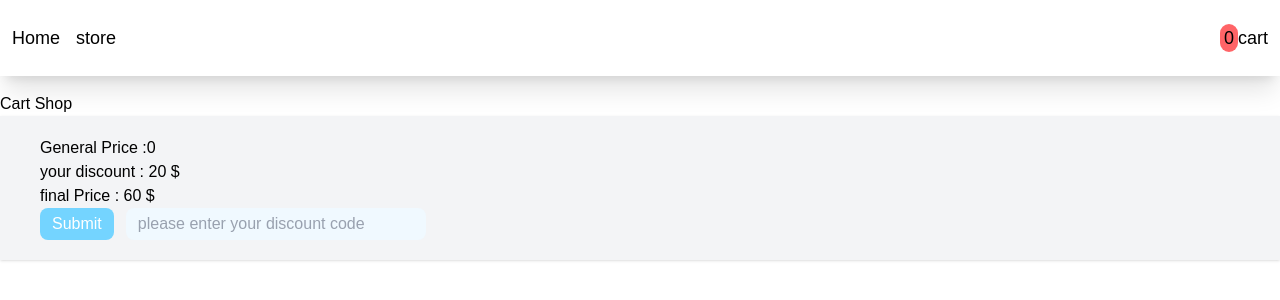
Repository: Rohullah-Noori/Nextjs-online-shop
Page: /cart
These files come from the project's save history. The page is drawn as it stood at one moment and after the next save; the edit follows.
The browser window is 1280 px wide. The pictures show the whole page.
The page's requests for data from a server got no answer. The project was rebuilt for these pictures with package versions that can differ from the ones it lists, and the page was loaded fresh each time. The framework's server and built-in components were replaced by stand-ins that run in the browser. No one was signed in, and anything a server would have sent is missing. Requests to the local data server were answered from the project's data file. Also part of the build but not shown: next.config.ts, src/app/components/AddToCart.tsx, src/app/components/CartItem.tsx.

Above is the page before, as saved 2025-05-13 18:04:54.

### src/app/cart/page.tsx
"use client";

import React, { useEffect, useState } from "react";
import Container from "../components/Container";
import CartItem from "../components/CartItem";
import { useShopingContextCustim } from "../context/page";
import axios from "axios";
import { IProductsProps } from "../components/Products";
import { formatNumber } from "@/utils/number";

export default function Cart() {
  const { cart } = useShopingContextCustim();

  const [data, setData] = useState<IProductsProps[]>([]);
  const [discount, setDiscount] = useState("");

  axios(`http://localhost:3004/discount=${discount} `);

  useEffect(() => {
    axios(`http://localhost:3004/products`).then((res) => {
      const { data } = res;
      setData(data);
    });
  }, []);

  console.log(data);

  return (
    <Container>
      <h1>Cart Shop</h1>
      {cart.map((item) => (
        <CartItem key={item.id} {...item} />
      ))}

      <div className="shadow bg-gray-100 gap-y-3 px-10 py-5 ">
        <p>
          General Price :
          <span>
            {formatNumber(
              cart.reduce((total, item) => {
                const selectedproduct = data.find(
                  (product) => product.id == item.id.toString()
                );
                return total + (selectedproduct?.price ?? 0) * item.qty;
              }, 0)
            )}
          </span>
        </p>
        <p>
          your discount : <span>20 $</span>{" "}
        </p>
        <p>
          final Price : <span>60 $</span>
        </p>
        <div className=" flex justify-start gap-x-3">
          <button className=" px-3 py-1 rounded-lg bg-sky-300 text-white text-md">
            Submit
          </button>
          <input
            type="text"
            value={"please enter your discount code"}
            className="w-[300px] bg-sky-50 rounded-lg px-3 text-gray-400"
            onChange={(e) => setDiscount(e.target.value)}
          />
        </div>
      </div>
    </Container>
  );
}

### src/app/components/Layout.tsx
import React from "react";
import Navbar from "./Navbar";

interface IlayoutProps {
  children: React.ReactNode;
}

export default function Layout({ children }: IlayoutProps) {
  return (
    <div>
      <Navbar />
      {children}
    </div>
  );
}

### src/app/context/page.tsx
"use client";
import React, { createContext, useContext, useState } from "react";

type IshopContextProps = {
  children: React.ReactNode;
};

type cartItems = {
  id: number;
  qty: number;
};

type TshopingContext = {
  cart: cartItems[];
  HandleincreasetoCard: (id: number) => void;
  getProductqty: (id: number) => number;
  totalitemsqty: number;
  handledecreasetoCard: (id: number) => void;
  RemovehandleSubmit: (id: number) => void;
};

const shopingContext = createContext({} as TshopingContext);

export const useShopingContextCustim = () => {
  return useContext(shopingContext);
};

export default function ConextShop({ children }: IshopContextProps) {
  const [cart, setCart] = useState<cartItems[]>([]);

  const getProductqty = (id: number) => {
    return cart.find((item) => item.id == id)?.qty ?? 0;
  };

  const totalitemsqty = cart.reduce((totalgqty, item) => {
    return totalgqty + item.qty;
  }, 0);

  const HandleincreasetoCard = (id: number) => {
    setCart((prev) => {
      const isnotExist = prev.find((item) => item.id === id) == null;
      if (isnotExist) {
        return [...prev, { id: id, qty: 1 }];
      } else {
        return prev.map((item) => {
          if (item.id == id) {
            return { ...item, qty: item.qty + 1 };
          } else {
            return item;
          }
        });
      }
    });
  };

  const handledecreasetoCard = (id: number) => {
    setCart((prev) => {
      const islastOne = prev.find((item) => item.id == id)?.qty == 1;
      if (islastOne) {
        return prev.filter((item) => item.id != id);
      } else {
        return prev.map((item) => {
          if (item.id == id) {
            return {
              ...item,
              qty: item.qty - 1,
            };
          } else {
            return item;
          }
        });
      }
    });
  };

  const RemovehandleSubmit = (id: number) => {
    setCart((prev) => {
      return prev.filter((item) => item.id != id);
    });
  };

  return (
    <shopingContext.Provider
      value={{
        cart,
        HandleincreasetoCard,
        getProductqty,
        totalitemsqty,
        handledecreasetoCard,
        RemovehandleSubmit,
      }}
    >
      {children}
    </shopingContext.Provider>
  );
}

### src/app/components/Container.tsx
import React from "react";
interface IContainerProps {
  children: React.ReactNode;
}

export default function Container({ children }: IContainerProps) {
  return <div className="container mx-auto">{children}</div>;
}

### src/utils/number.tsx
export function formatNumber(num: number) {
  return num.toString().replace(/\B(?=(\d{3})+(?!\d))/g, ",");
}

### src/app/components/Navbar.tsx
"use client";
import Link from "next/link";
import { usePathname } from "next/navigation";

import React from "react";
import Container from "./Container";
import { useShopingContextCustim } from "../context/page";

export default function Navbar() {
  const { totalitemsqty } = useShopingContextCustim();
  const pathname = usePathname();
  const navlinks = [
    {
      title: "Home",
      href: "/",
    },
    {
      title: "store",
      href: "/store",
    },
  ];

  return (
    <nav className="  flex p-3 mb-4 text-lg  shadow-xl  ">
      <Container>
        <div className="flex justify-between my-3 ">
          <div>
            {navlinks.map((item) => (
              <Link
                key={item.href}
                className={`mr-4 ${
                  pathname === item.href ? "text-sky-400" : ""
                }`}
                href={item.href}
              >
                {item.title}
              </Link>
            ))}
          </div>
          <div>
            <span className="bg-red-400 rounded-4xl p-1">{totalitemsqty}</span>
            <Link href="/cart">cart</Link>
          </div>
        </div>
      </Container>
    </nav>
  );
}

### database/db.json
{
  "products": [
    {
      "id": "1",
      "title": " Product 1",
      "price": 30,
      "description": "Kitchen sinks are essential for washing dishes, vegetables, and hands.\nKitchen lamps provide focused lighting for cooking and food preparation.\nCabinets store utensils, cookware, and pantry items in an organized way.\nCountertops offer space for chopping, mixing, and serving meals.\nStoves and ovens are central for cooking a variety of dishes.\nRefrigerators keep food fresh and beverages cold.\nThese materials make the kitchen functional, efficient, and enjoyable to use.",
      "image": "https://m.media-amazon.com/images/I/71r1BLOWnkL._AC_UF894,1000_QL80_.jpg"
    },
    {
      "id": "2",
      "title": " Product 2",
      "price": 10,
      "description": "Household cleaners like glass and ceramic cleaners help keep surfaces shiny and free from stains.\nThey remove dirt, grease, and bacteria, making the home healthier.\nGlass cleaners leave mirrors and windows streak-free and crystal clear.\nCeramic cleaners restore the shine of tiles and prevent mold growth.\nRegular use of these products extends the life of surfaces.\nThey also reduce unpleasant odors and leave a fresh scent.\nUsing the right cleaner makes cleaning faster and more effective.",
      "image": "https://media.istockphoto.com/id/510693044/photo/house-cleaning-product-on-wood-table.jpg?s=612x612&w=0&k=20&c=EZfeRCDgSMPnqG684zQBOqyNfDGx9JWTXS1Q2Lhrjy4="
    },
    {
      "id": "3",
      "title": " Product 3",
      "price": 20,

      "description": "Household cleaning tools like toothbrushes and bathroom brushes help maintain personal and home hygiene.\nToilet brushes are essential for keeping toilets clean and germ-free.\nShampoo is not only for hair but can also be used for gentle surface cleaning.\nCeramic cleaners remove stains and keep tiles shiny and fresh.\nKitchen floor cleaners remove grease and food residue for a safer cooking space.\nYard floor cleaners help",

      "image": "https://t3.ftcdn.net/jpg/01/91/32/34/360_F_191323402_W2ATUPr8dGHALHrvyX4WVlEDz4qXmmd9.jpg"
    },
    {
      "id": "4",
      "title": " Product 4",
      "price": 100,
      "description": "Bedroom essentials like pillows and beds provide comfort and support for restful sleep.\nSoft blankets and bed sheets add warmth and relaxation.\nCurtains help control light and add privacy to your room.\nClosets and drawers keep clothes and accessories organized.\nNightstands are useful for holding lamps, books, or phones.\nCarpets add a cozy feeling and reduce noise in the room.\nThese home materials make the bedroom more comfortable and functional.",
      "image": "https://a-static.besthdwallpaper.com/colorful-cartoon-design-with-open-door-and-household-items-wallpaper-1152x768-102826_36.jpg"
    },
    {
      "id": "5",
      "title": " Product 5",
      "price": 80,
      "description": "Chairs provide comfortable seating and come in various styles for different rooms.\nLamps add both light and ambiance, making spaces feel warm and inviting.\nWall art and paintings bring personality and color to your home.\nShelves and stands help organize books, plants, and decorative items.\nRugs define areas and add texture to floors.\nMirrors enhance light and make rooms appear more spacious.\nDecorations reflect your style and turn a house into a home.",
      "image": "https://plus.unsplash.com/premium_photo-1683133958062-12afa652a4fb?fm=jpg&q=60&w=3000&ixlib=rb-4.0.3&ixid=M3wxMjA3fDB8MHxzZWFyY2h8OXx8aG9tZSUyMGRlY29yfGVufDB8fDB8fHww"
    },
    {
      "id": "6",
      "title": " Product 6",
      "price": 5,
      "description": "Fruits are a natural source of vitamins, minerals, and fiber. They come in a variety of colors, shapes, and flavors. Eating fruits regularly helps boost your immune system. Some common fruits include apples, bananas, oranges, and grapes. Fruits are a delicious and healthy snack for any time of day.Many fruits grow on trees, bushes, or vines depending on the type. Tropical fruits like mangoes and pineapples thrive in warm climates.",

      "image": "https://t3.ftcdn.net/jpg/06/06/15/56/360_F_606155606_rFYHJP0uKgPNdpT3NoDbucxp0h38rlWb.jpg"
    }
  ],
  "discount": [
    {
      "id": 1,
      "code": "0099",
      "percentage": 10
    },
    {
      "id": 2,
      "code": "ev00",
      "percentage": 20
    },
    {
      "id": 3,
      "code": "11o2",
      "percentage": 30
    },
    {
      "id": 4,
      "code": "10m1",
      "percentage": 40
    }
  ]
}

Loaded but not shown: src/app/layout.tsx (common file); src/app/globals.css (common file)

After the next save:
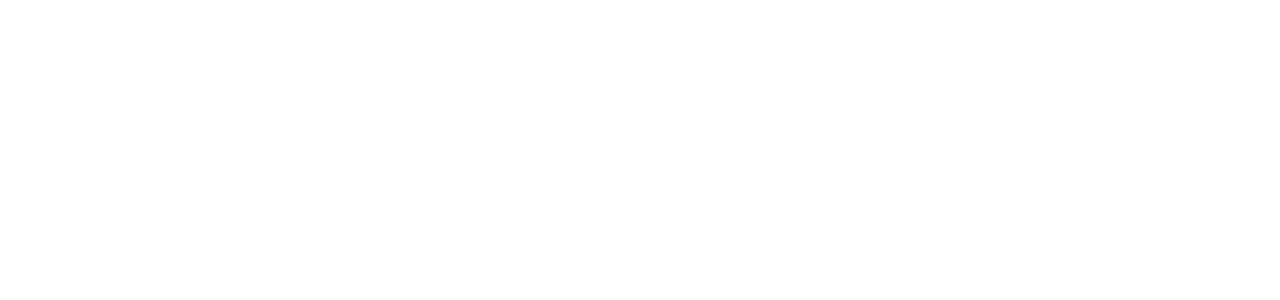
Saved 17 s later.
--- a/src/app/cart/page.tsx
+++ b/src/app/cart/page.tsx
@@ -14,7 +14,7 @@
   const [data, setData] = useState<IProductsProps[]>([]);
   const [discount, setDiscount] = useState("");
 
-  axios(`http://localhost:3004/discount=${discount} `);
+  axios(`http://localhost:3004/discount=${discount} `).then(res);
 
   useEffect(() => {
     axios(`http://localhost:3004/products`).then((res) => {

After the save that followed:
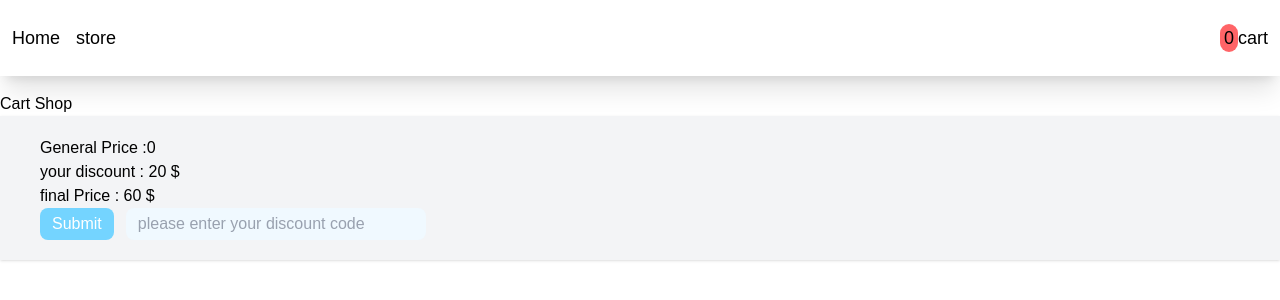
Saved 7 s later.
--- a/src/app/cart/page.tsx
+++ b/src/app/cart/page.tsx
@@ -14,7 +14,7 @@
   const [data, setData] = useState<IProductsProps[]>([]);
   const [discount, setDiscount] = useState("");
 
-  axios(`http://localhost:3004/discount=${discount} `).then(res);
+  axios(`http://localhost:3004/discount=${discount} `).then();
 
   useEffect(() => {
     axios(`http://localhost:3004/products`).then((res) => {
